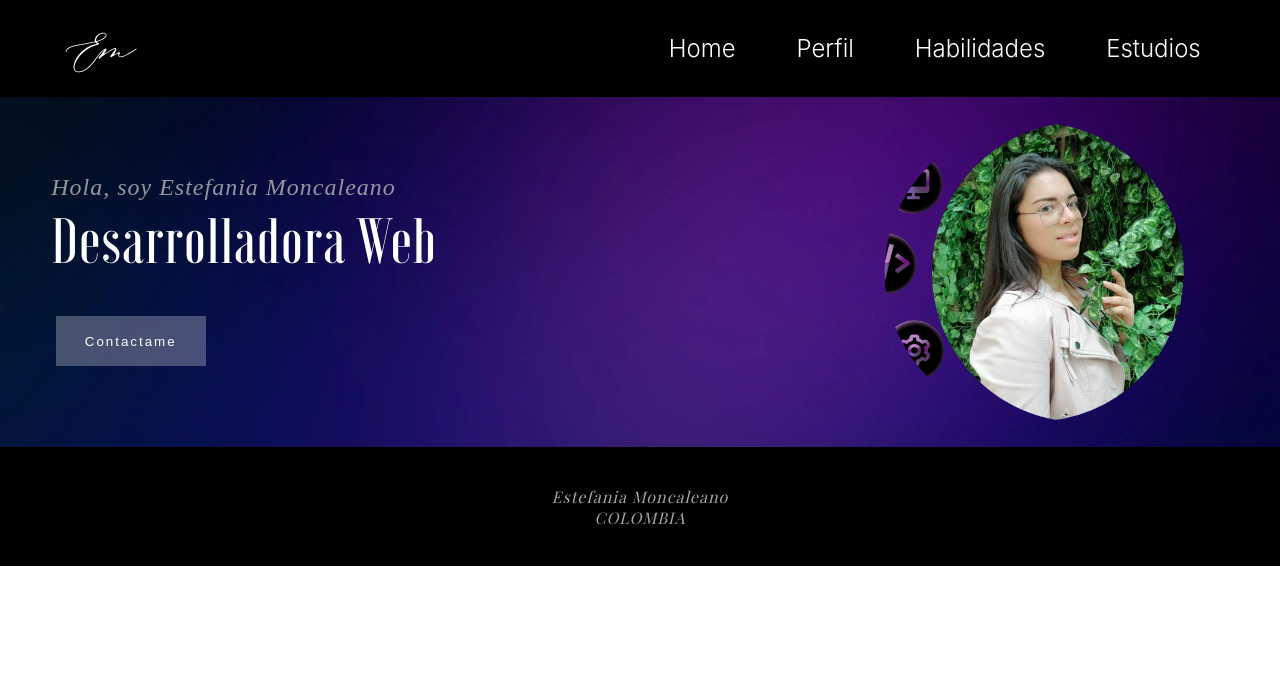
Repository: EstefaMH/PORTAFOLIO
Page: /
The author's editor kept a copy of each file at every save. The page is drawn from the files as they stood at one save, then again after a run of saves.
The browser window is 1280 px wide. The pictures show the whole page.
Some web fonts or font styles are not loaded; a fallback is used. The project was rebuilt for these pictures with package versions that can differ from the ones it lists, and the page was loaded fresh each time. Also part of the build but not shown: src/pages/aboutme/Aboutme.js, src/pages/error/Error404.css, src/pages/error/Error404.js, src/pages/jobs/Jobs.js, src/models/Languages.js, src/components/project/project.js, src/pages/skills/Skills.js, src/pages/studies/Studies.css and 1 more.

Above is the page before, as saved 2024-05-23 22:38:17.

After the next 2 saves:
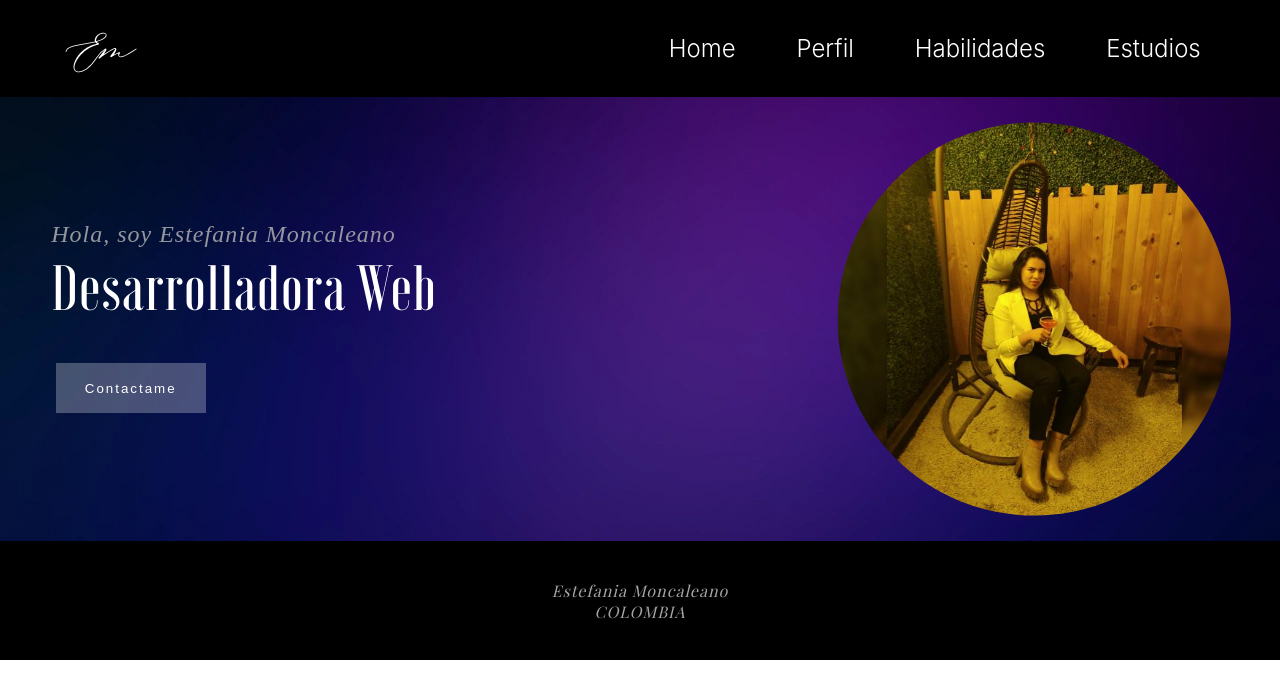
The 2 saves are shown as one change because they came seconds apart.
The last was saved 6 min 17 s later.
--- a/src/pages/home/Home.js
+++ b/src/pages/home/Home.js
@@ -1,7 +1,7 @@
 import './Home.css'
 import Navbar from "../../components/navbar/Navbar";
 import Footer from '../../components/footer/Footer';
-import tefa from "../../utils/img/tefa_photo.png"
+import tefa from "../../utils/img/perfil.jpeg"
 
 
 function Home() {

After the save that followed:
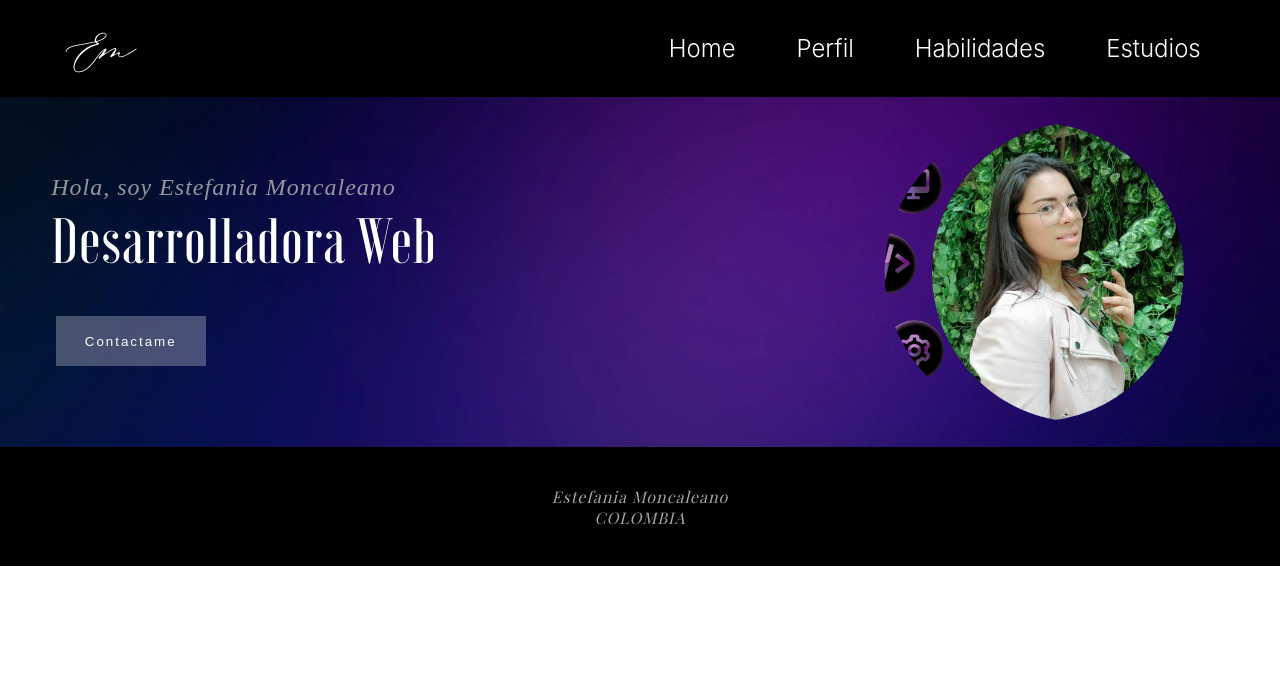
Saved 13 s later.
--- a/src/pages/home/Home.js
+++ b/src/pages/home/Home.js
@@ -1,7 +1,7 @@
 import './Home.css'
 import Navbar from "../../components/navbar/Navbar";
 import Footer from '../../components/footer/Footer';
-import tefa from "../../utils/img/perfil.jpeg"
+import tefa from "../../utils/img/tefa_photo.png"
 
 
 function Home() {
